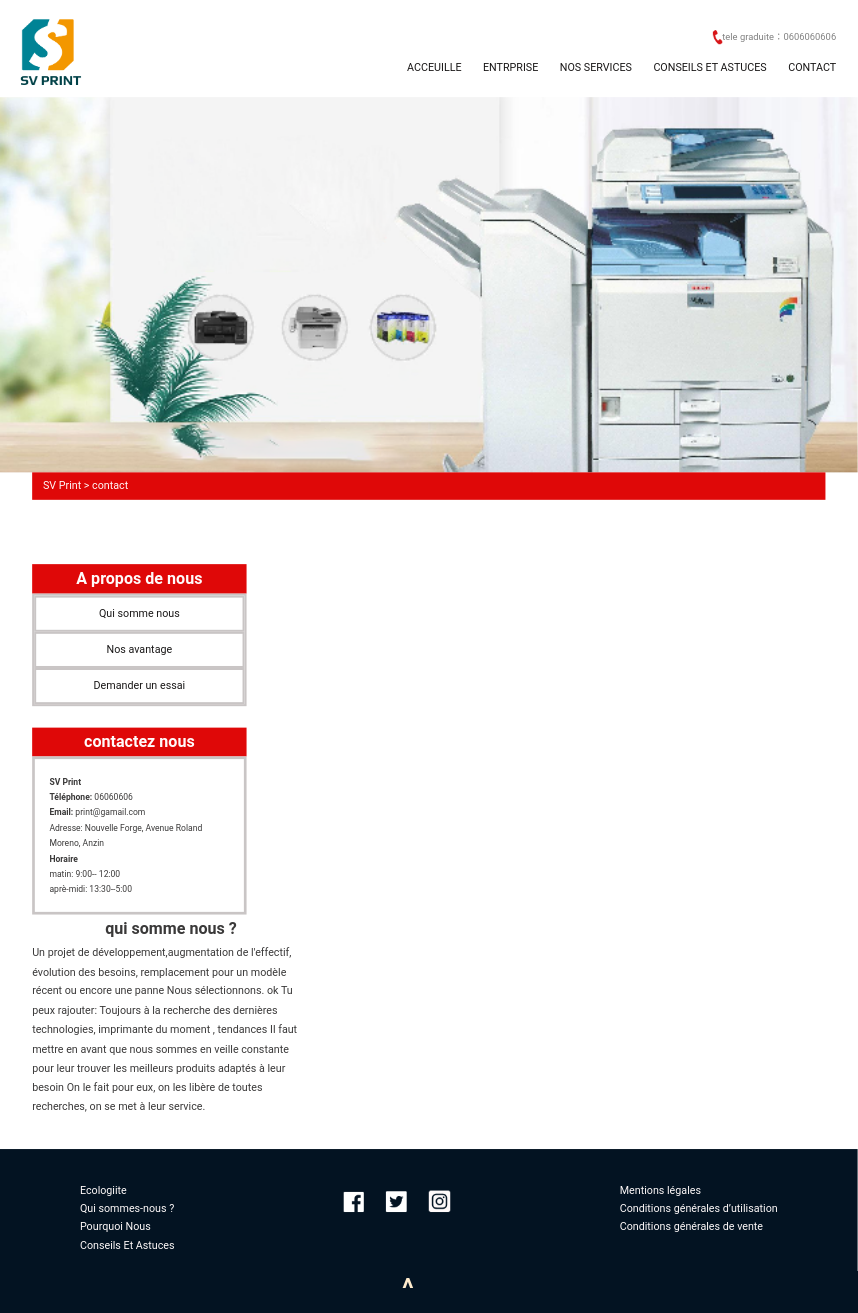
Repository: clairedupuich/sv_print
Page: index.html
These files come from the project's save history. The page is drawn as it stood at one moment and after the next save; the edit follows.
The browser window is 1280 px wide. The pictures show the whole page, at 67% of full size.

Above is the page before, as saved 2020-12-04 00:37:28.
Console error: TypeError: Cannot read properties of null (reading 'appendChild')

After the next save:
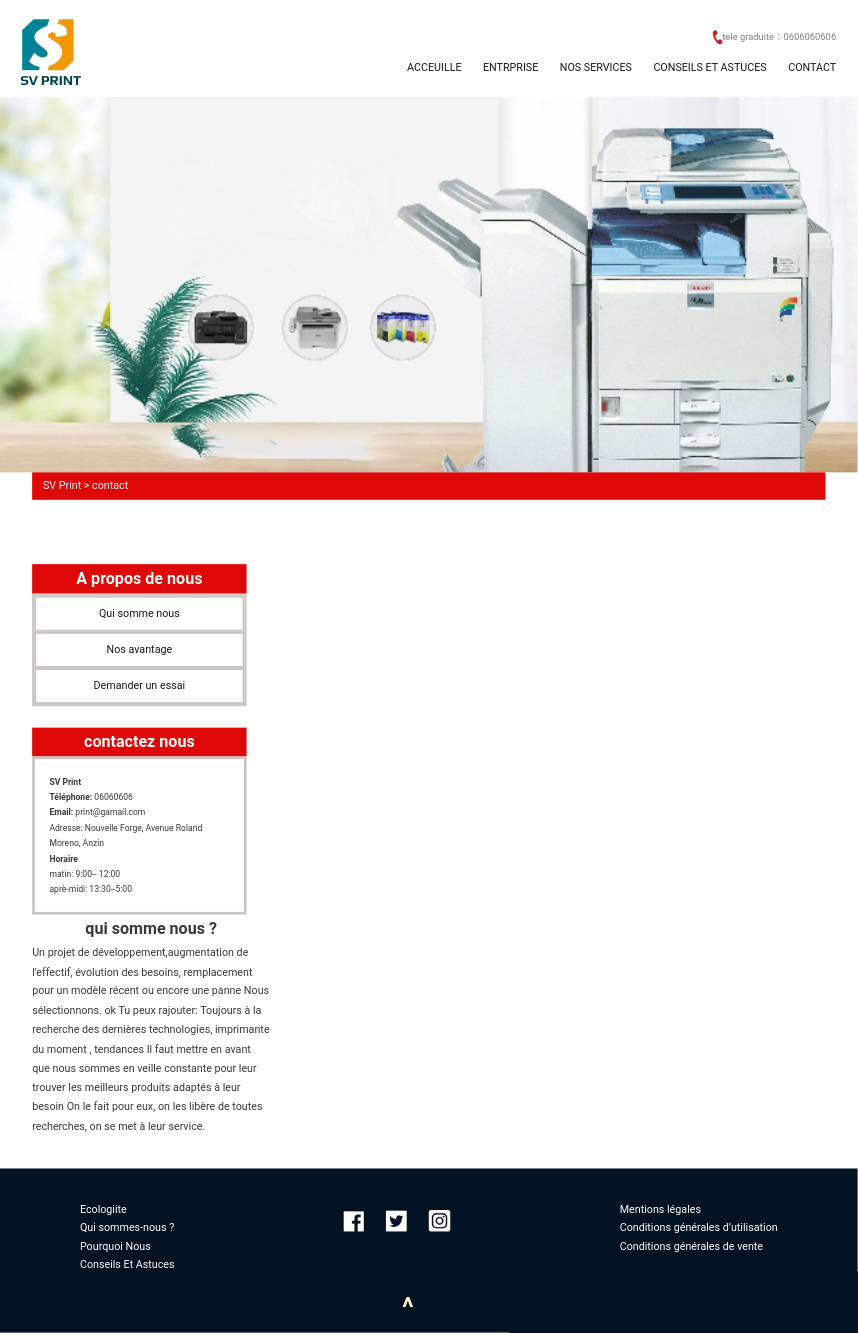
Saved 37 s later.
--- a/style.css
+++ b/style.css
@@ -260,5 +260,5 @@
 }
 
 .presant {
-    width: 35%;
-}
+    width: 30%;
+}
